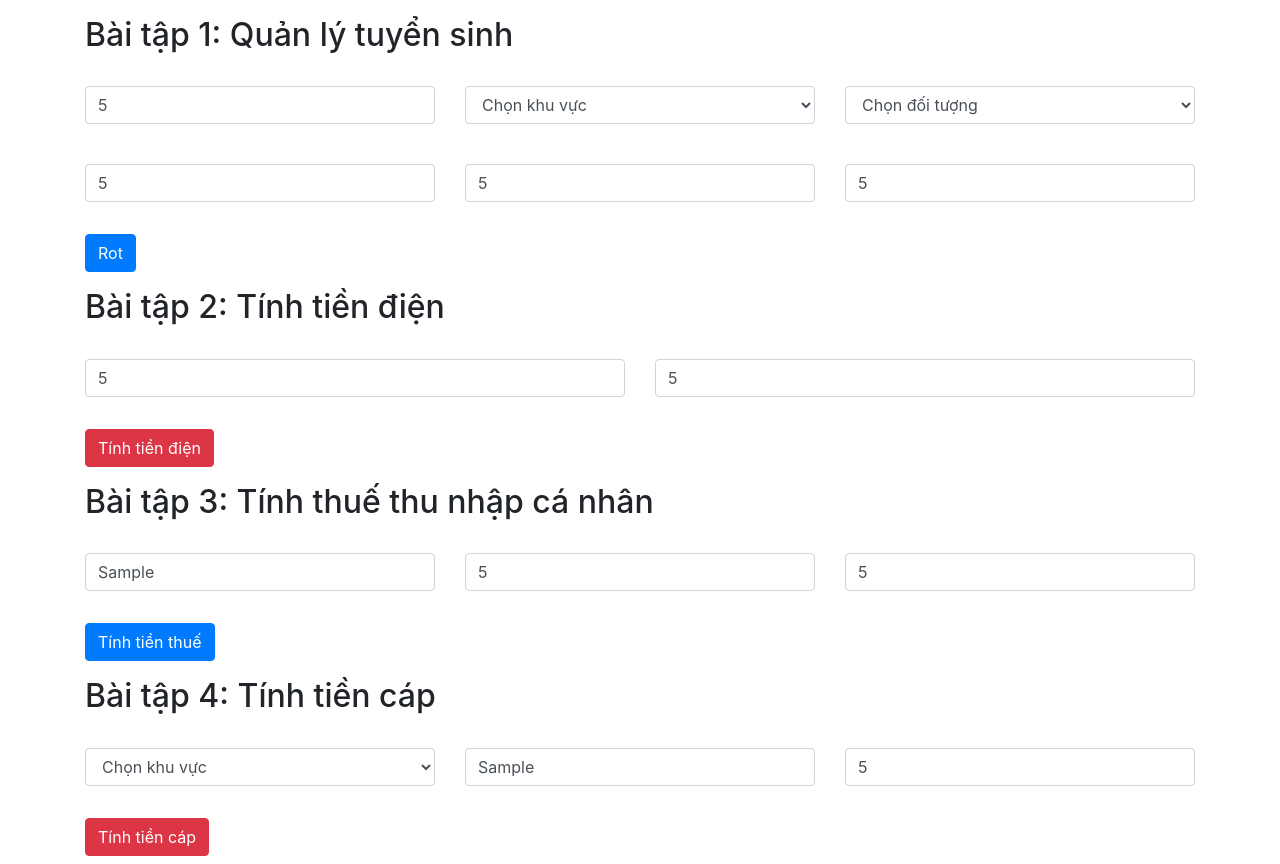
Repository: thanhfrankie/BC10-LeMinhThanh-Js-b5
Page: index.html
An editor plug-in stored every save of this project. The page is shown before and after a run of saves, followed by the edit.
The browser window is 1280 px wide. The pictures show the whole page.
Empty fields were first filled with sample values (such as "Sample", 5 or name@example.com).
After loading, the first visible `#ket-qua-tuyen-sinh` was clicked once.

Above is the page before, as saved 2023-12-15 19:43:03.

After the next 6 saves:
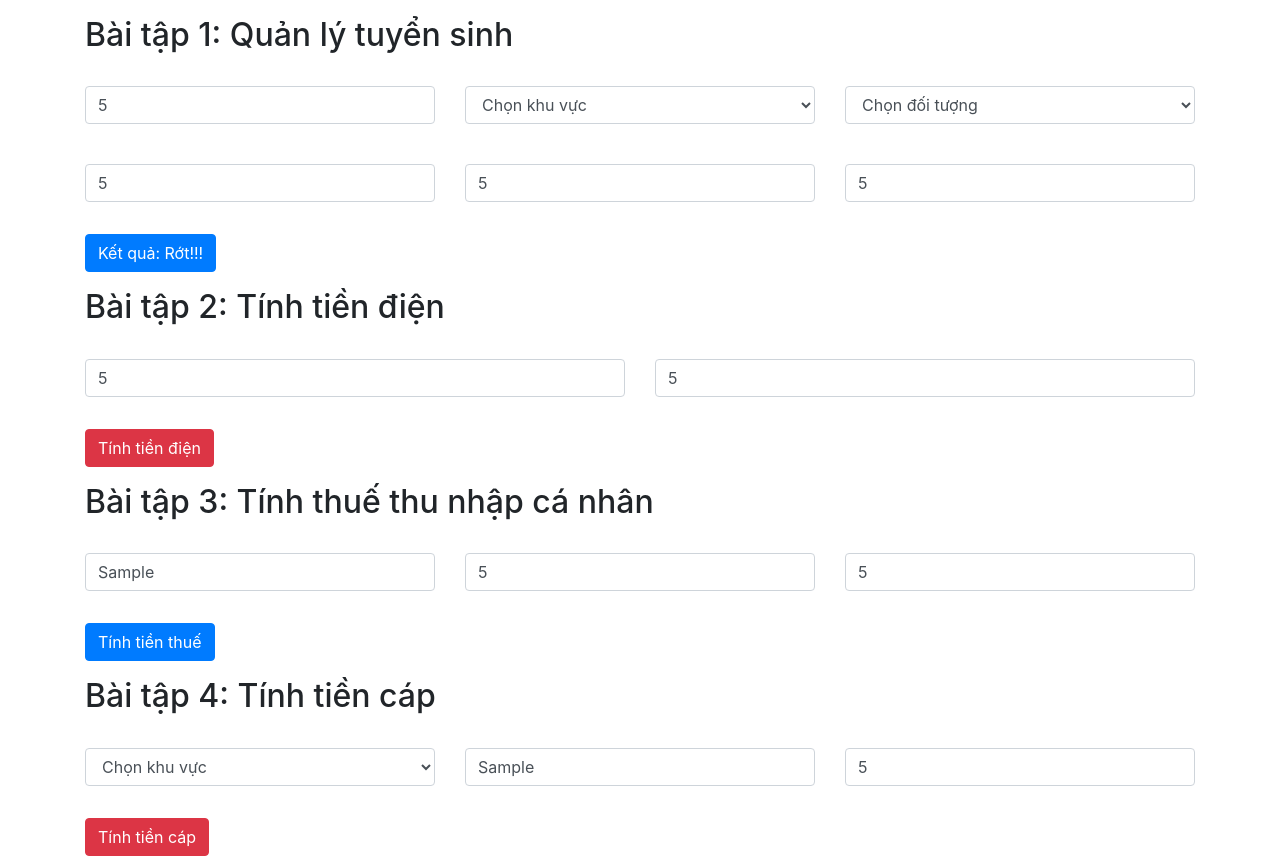
The 6 saves are shown as one change because they came seconds apart.
The last was saved 23 s later.
--- a/index.js
+++ b/index.js
@@ -20,8 +20,9 @@ function tuyenSinh() {
     var diemUuTien = diemKhuVuc + diemDoiTuong
     var ketQua = document.getElementById("ket-qua-tuyen-sinh")
     if (diemMon1 || diemMon2 || diemMon3 == 0 ) {
-        ketQua.innerText = `Rot`
+        ketQua.innerText = `Kết quả: Rớt!!!`
     }
+
 }
 
 
